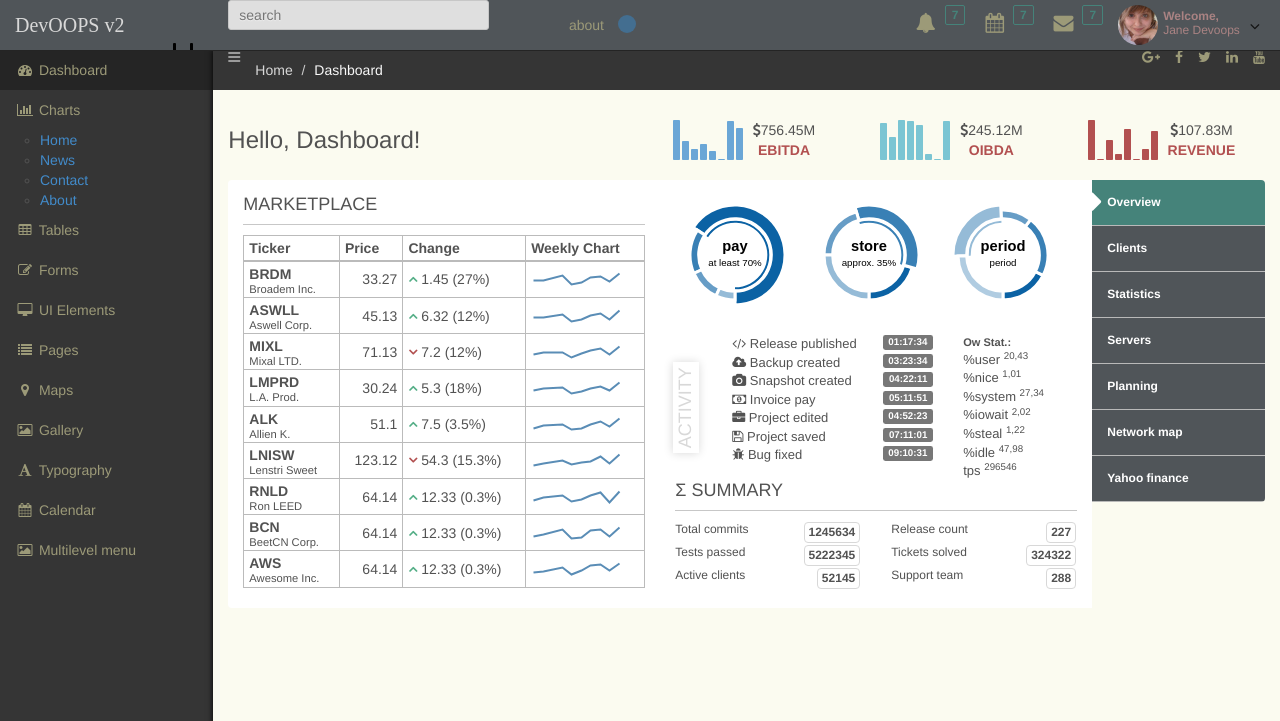
Repository: HackathonNicaragua/sixbyte
Page: http://localhost/RIMB/index.jsp
These files come from the project's save history. The page is drawn as it stood at one moment and after the next save; the edit follows.
The browser window is 1280 px wide. The pictures show the whole page.
Some web fonts or font styles are not loaded; a fallback is used. Some web libraries are served in a nearby version. The page is served by Tomcat 9.

Above is the page before, as saved 2017-11-25 21:05:25.

After the next save:
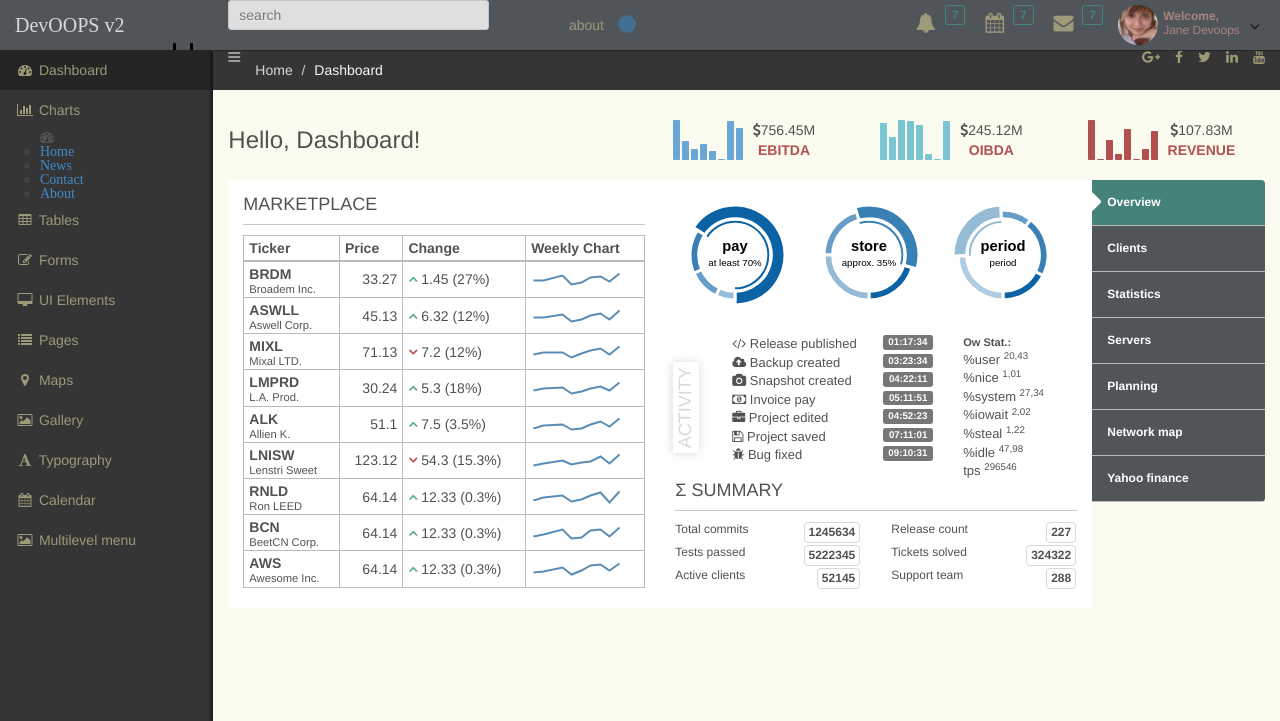
Saved 96 s later.
--- a/RIMB/WebContent/index.jsp
+++ b/RIMB/WebContent/index.jsp
@@ -169,7 +169,7 @@
 						<li><a class="ajax-link" href="ajax/charts_coindesk.html">CoinDesk realtime</a></li>
 					</ul>
 				</li>
-				<ul>
+				<ul class="fa fa-dashboard">
   				<li><a href="ajax/tables_simple.html">Home</a></li>
  				<li><a href="ajax/tables_simple.html">News</a></li>
   				<li><a href="ajax/tables_simple.html">Contact</a></li>
